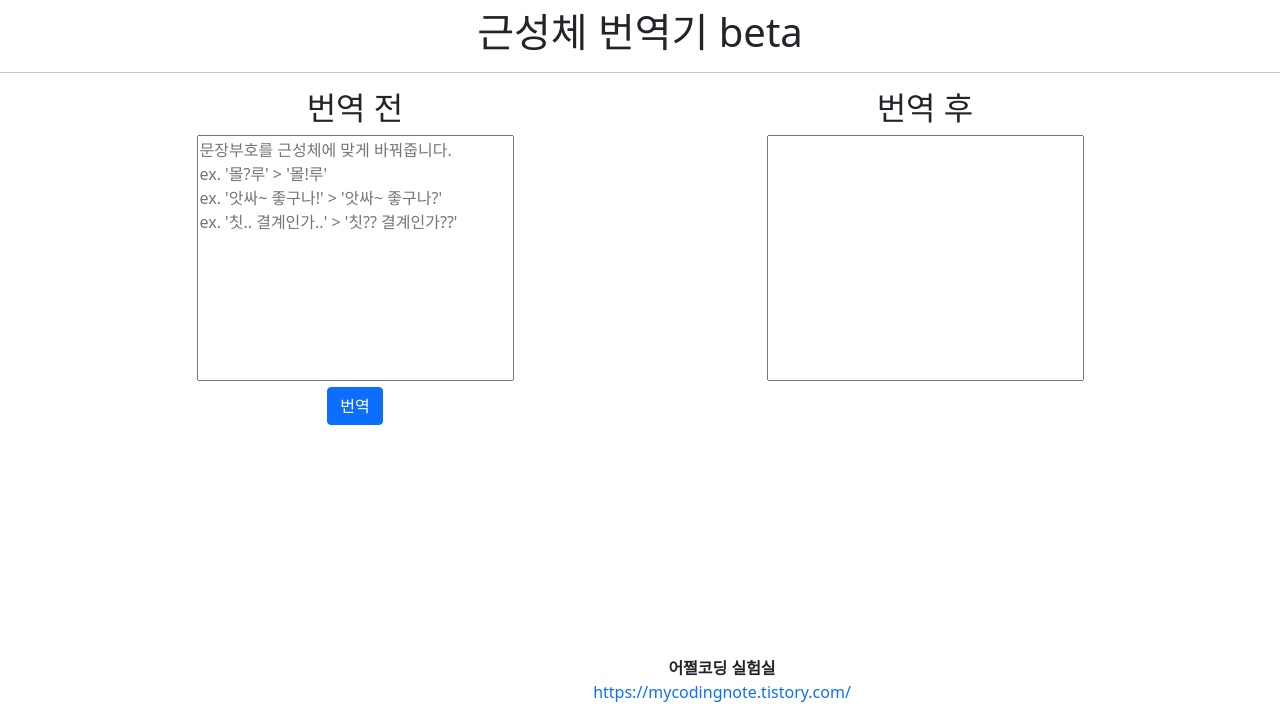
Repository: mickey530/jsp_practice
Page: http://localhost/JSPBasic/sungmo_send.jsp
The author's editor kept a copy of each file at every save. The page is drawn from the files as they stood at one save, then again after the next save.
The browser window is 1280 px wide. The pictures show the whole page.
The page is served by Tomcat 9.

Above is the page before, as saved 2022-02-05 17:13:46.

After the next save:
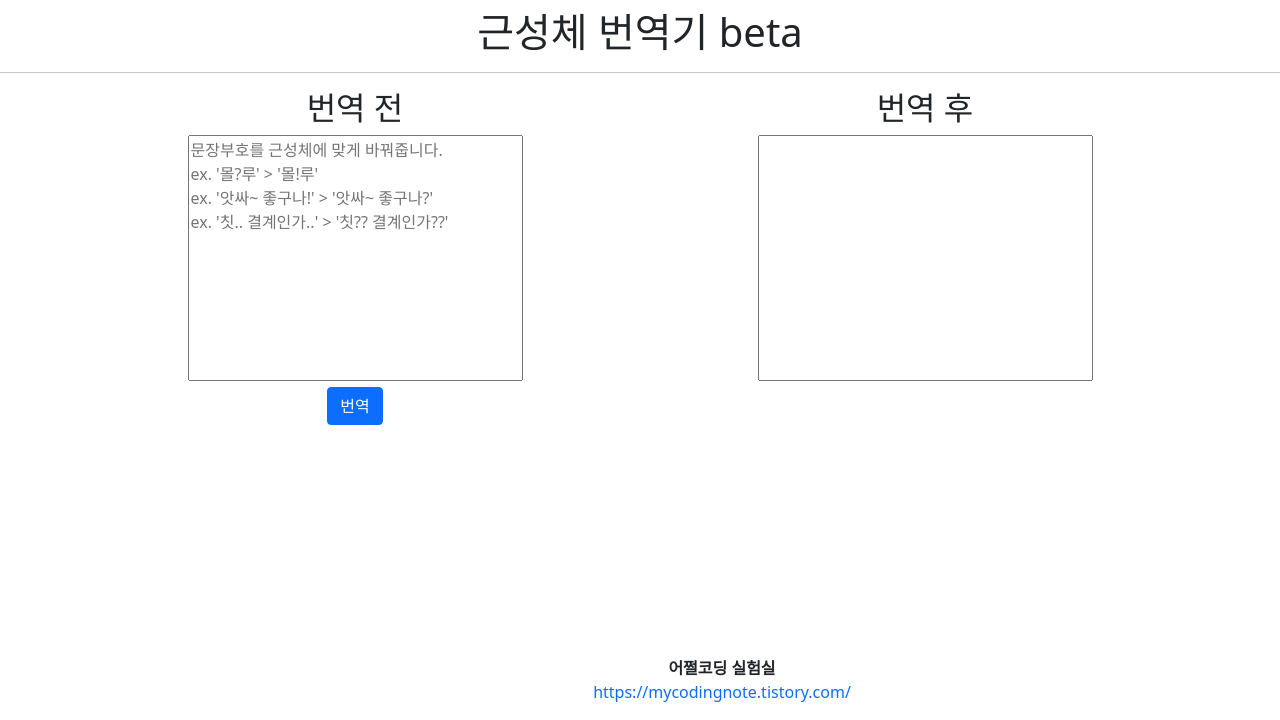
Saved 28 s later.
--- a/JSPBasic/src/main/webapp/sungmo_send.jsp
+++ b/JSPBasic/src/main/webapp/sungmo_send.jsp
@@ -39,7 +39,7 @@
 		<div class="col">
 			<h2>번역 전</h2>
 			<form action="sungmo_getpost.jsp" method="get" style="text-align:center">
-				<textarea name="text" placeholder="문장부호를 근성체에 맞게 바꿔줍니다.&#13;&#10;ex. '몰?루' > '몰!루'&#13;&#10;ex. '앗싸~ 좋구나!' > '앗싸~ 좋구나?'&#13;&#10;ex. '칫.. 결계인가..' > '칫?? 결계인가??' " rows="10" cols="32" resize="none"></textarea><br/>
+				<textarea name="text" placeholder="문장부호를 근성체에 맞게 바꿔줍니다.&#13;&#10;ex. '몰?루' > '몰!루'&#13;&#10;ex. '앗싸~ 좋구나!' > '앗싸~ 좋구나?'&#13;&#10;ex. '칫.. 결계인가..' > '칫?? 결계인가??' " rows="10" cols="34" resize="none"></textarea><br/>
 				<input type="submit" class="btn btn-primary" value="번역"/>
 			</form>
 		</div>
@@ -49,7 +49,7 @@
 			<div class="result">
 
 				<form action="sungmo_getpost.jsp" method="get" style="text-align:center">
-					<textarea name="text" rows="10" cols="32"></textarea><br/>
+					<textarea name="text" rows="10" cols="34"></textarea><br/>
 				</form>
 
 			</div>
